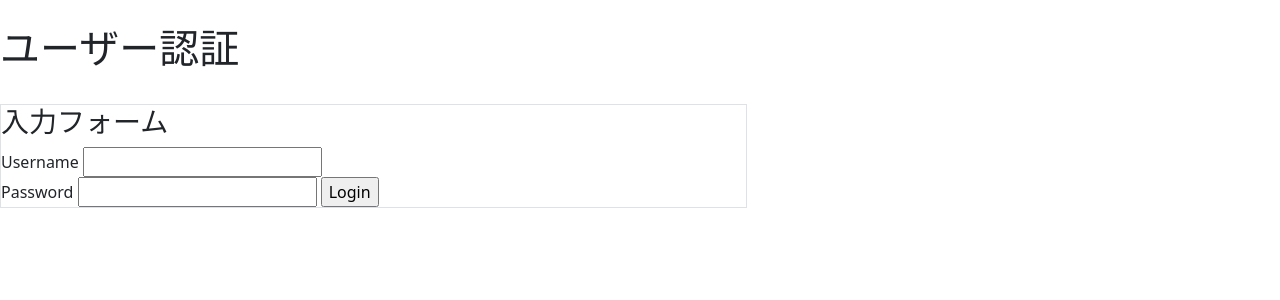
Repository: tt-nk/form-app
Page: http://localhost/login
These files come from the project's save history. The page is drawn as it stood at one moment and after the next save; the edit follows.
The browser window is 1280 px wide. The pictures show the whole page.
The page is served by the project's application, run on Flask 3 (app.py).

Above is the page before, as saved 2021-12-15 00:49:32.

### templates/form.html
{% extends 'base.html' %}
{% block content %}
<div class="border col-7">
    <h3>入力フォーム</h3>
    <form method="POST" action="{{url_for('form')}}">
        {{form.csrf_token}}
        {{ form.username.label }}
        {{ form.username }}
        <div>
            {% for error in form.username.errors %}
            <span style="color:red;">{{error}}</span>
            {% endfor %}
        </div>
        {{ form.password.label }}
        {{ form.password }}
        {{ form.submit}}
    </form>
</div>
{% endblock %}

### templates/base.html
<!DOCTYPE html>
<html lang="en">

<head>
    <meta charset="UTF-8">
    <meta http-equiv="X-UA-Compatible" content="IE=edge">
    <meta name="viewport" content="width=device-width, initial-scale=1.0">
    <!-- CSS only -->
    <link href="https://cdn.jsdelivr.net/npm/bootstrap@5.0.0-beta1/dist/css/bootstrap.min.css" rel="stylesheet"
        integrity="sha384-giJF6kkoqNQ00vy+HMDP7azOuL0xtbfIcaT9wjKHr8RbDVddVHyTfAAsrekwKmP1" crossorigin="anonymous">
    <title>Document</title>
</head>

<body>
    <br>
    <h1>ユーザー認証</h1>
    <br>
    <!---メインコンテンツ-->
    {% block content %}
    {% endblock %}
    <script src="static/js/script.js"></script>
</body>

</html>

### app.py
import os
from flask import Flask, render_template, redirect
from flask_sqlalchemy import SQLAlchemy
from flask_login import UserMixin, LoginManager, login_required, login_user
from flask_wtf import FlaskForm
from wtforms import StringField, PasswordField, SubmitField
from wtforms.validators import InputRequired, Length

app = Flask(__name__)
app.config['SQLALCHEMY_DATABASE_URI'] = 'sqlite:///form.db'
app.config['SQLALCHEMY_TRACK_MODIFICATIONS'] = False
app.config['SECRET_KEY'] = os.urandom(24)
db = SQLAlchemy(app)

login_manager = LoginManager()
login_manager.init_app(app)


class User(UserMixin):
    def __init__(self, user_id):
        self.id = user_id


class LoginForm(FlaskForm):

    validators = [InputRequired(), Length(
        min=8, max=16, message='8文字以上16文字以内で入力して下さい。')]
    username = StringField('Username', validators)
    password = PasswordField('Password')
    submit = SubmitField('Login')


@login_manager.user_loader
def load_user(user_id):
    return User(user_id)


@app.route('/')
def index():
    return render_template('top.html')


@app.route('/main')
@login_required
def main():
    return render_template('main')


@app.route('/login', methods=['GET', 'POST'])
def form():
    form = LoginForm()
    return render_template('form.html', form=form)


if __name__ == '__main__':
    app.run(debug=True)

### static/js/script.js
alert("js読み込み完了");

After the next save:
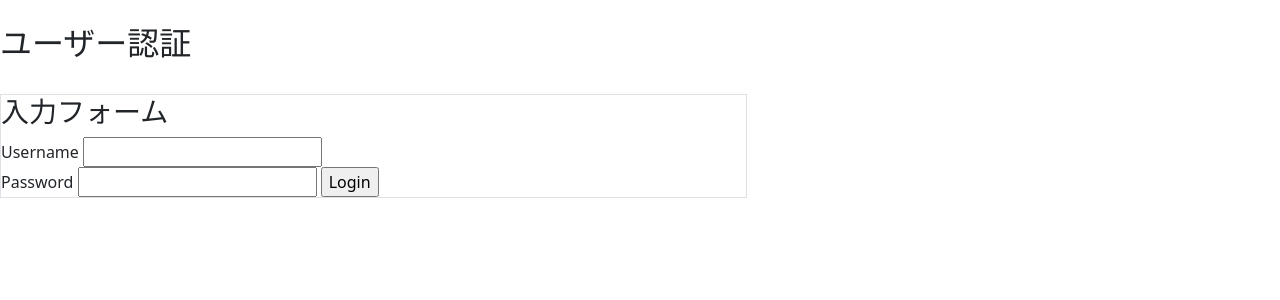
Saved 27 s later.
--- a/templates/base.html
+++ b/templates/base.html
@@ -13,7 +13,7 @@
 
 <body>
     <br>
-    <h1>ユーザー認証</h1>
+    <h2>ユーザー認証</h2>
     <br>
     <!---メインコンテンツ-->
     {% block content %}
